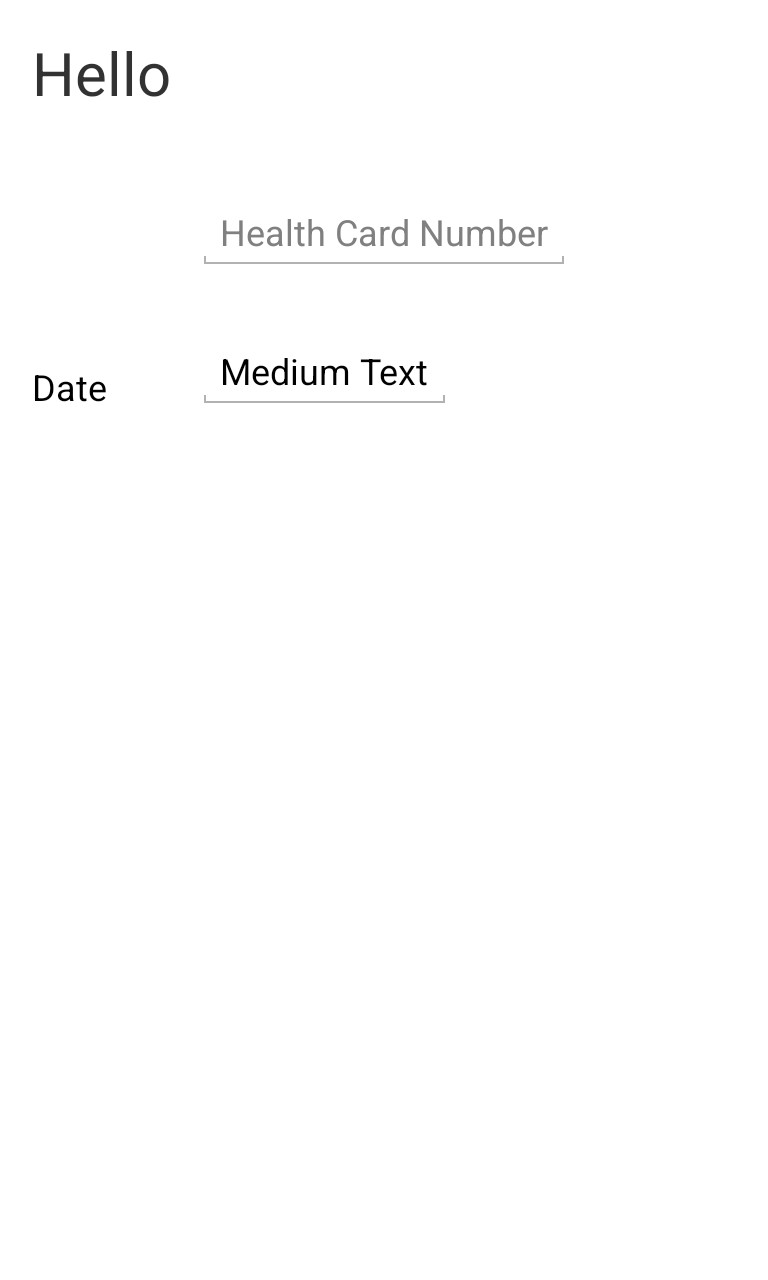
Repository: wangyuan0915/ER
Layout: workspace2/phase3/res/layout/activity_check_time.xml
An editor plug-in stored every save of this project. The layout is shown before and after the next save, followed by the edit.
It is drawn on a 768 x 1280 px phone screen (xhdpi) without system bars, with theme AppTheme; the app's code is not run.

Above is the layout before, as saved 2013-11-25 04:07:50.

After the next save:
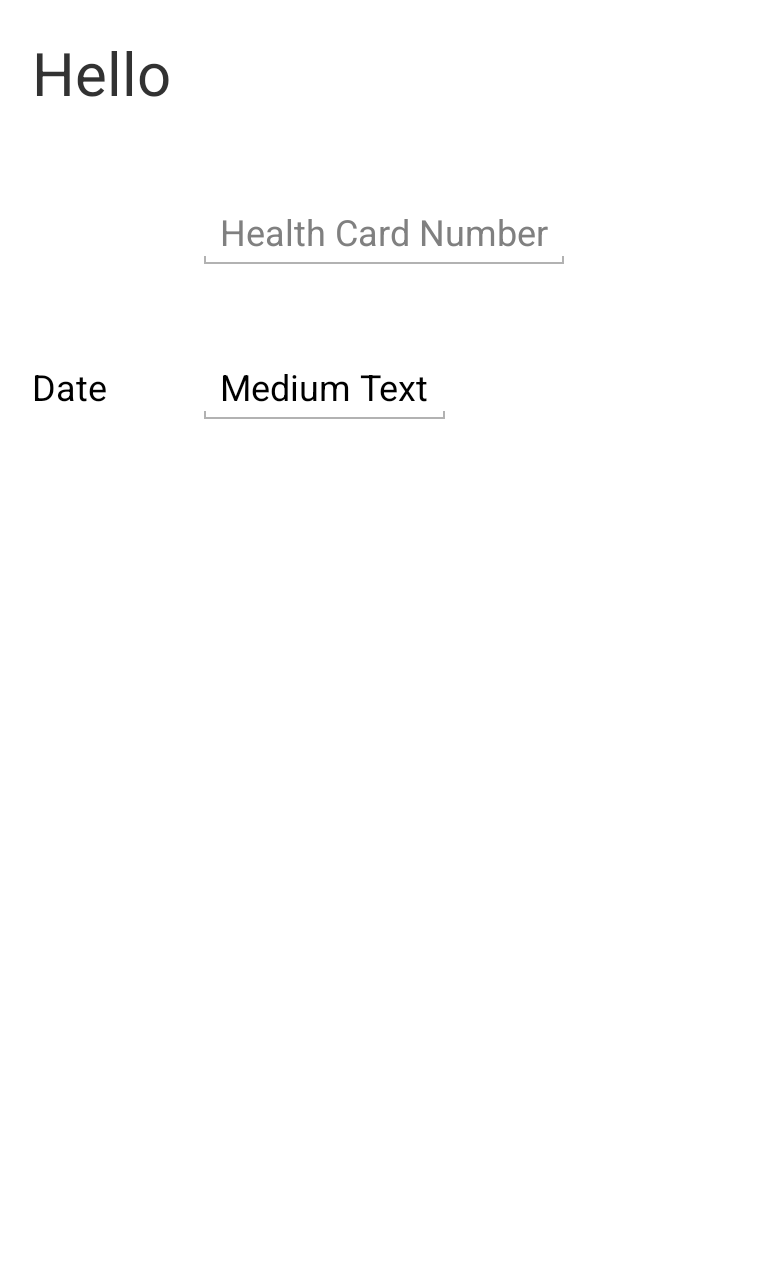
Saved 52 s later.
--- a/workspace2/phase3/res/layout/activity_check_time.xml
+++ b/workspace2/phase3/res/layout/activity_check_time.xml
@@ -41,6 +41,7 @@
         android:layout_height="wrap_content"
         android:layout_alignBottom="@+id/date1"
         android:layout_alignLeft="@+id/healthnum"
+        android:layout_alignBaseline="@+id/date1"
         android:text="Medium Text"
         android:textAppearance="?android:attr/textAppearanceMedium" />
 
